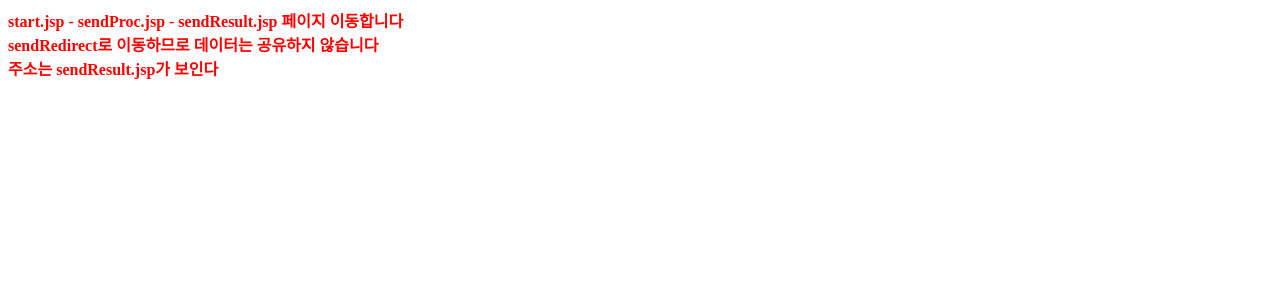
Repository: dahye1013/java-basic-learning
Page: http://localhost/memberJSP/exam/start.jsp
The author's editor kept a copy of each file at every save. The page is drawn from the files as they stood at one save, then again after the next save.
The browser window is 1280 px wide. The pictures show the whole page.
The page is served by Tomcat 9.

Above is the page before, as saved 2020-06-09 01:52:22.

After the next save:
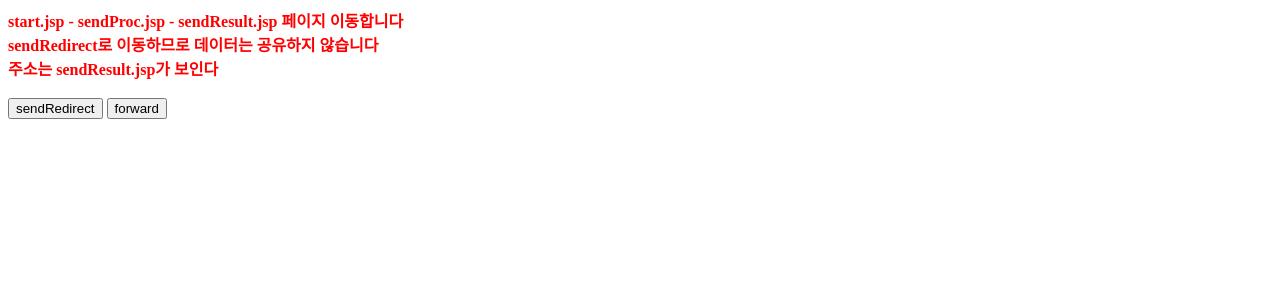
Saved 4 min 10 s later.
--- a/memberJSP/WebContent/exam/start.jsp
+++ b/memberJSP/WebContent/exam/start.jsp
@@ -14,5 +14,8 @@
 </b></font>
 <br>
 
+<input type="button" value="sendRedirect" onclick="location.href='sendProc.jsp'">
+<input type="button" value="forward" onclick="location.href='forwardProc.jsp'">
+
 </body>
 </html>
